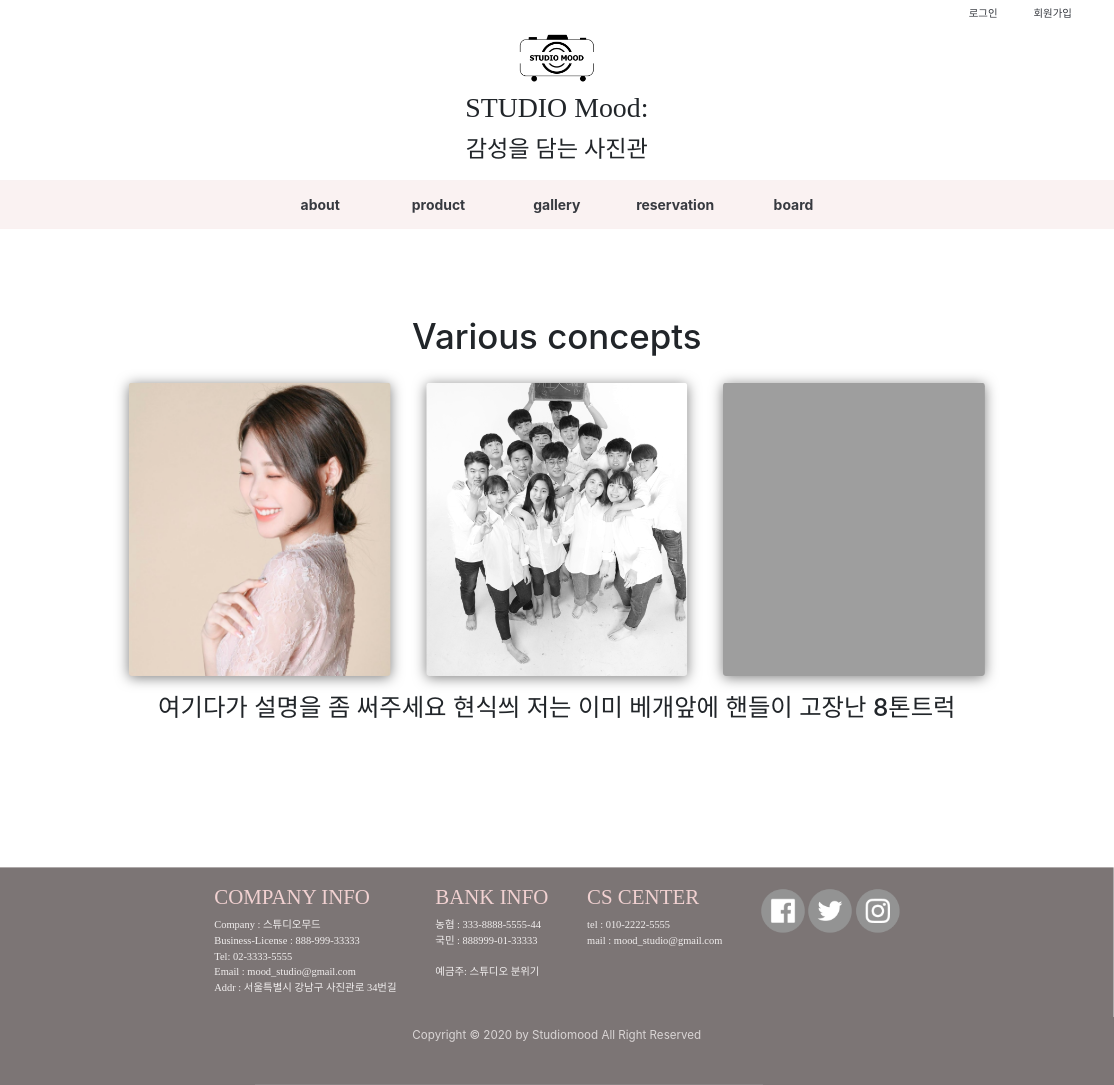
Repository: seugju/HSDsemi
Page: http://localhost/studioMood/views/product/product.jsp
An editor plug-in stored every save of this project. The page is shown before and after the next save, followed by the edit.
The browser window is 1280 px wide. The pictures show the whole page, at 87% of full size.
Pictures or frames that could not be fetched are drawn as grey boxes. Some web fonts or font styles are not loaded; a fallback is used. The page is served by Tomcat 9.

Above is the page before, as saved 2020-12-02 16:48:45.

After the next save:
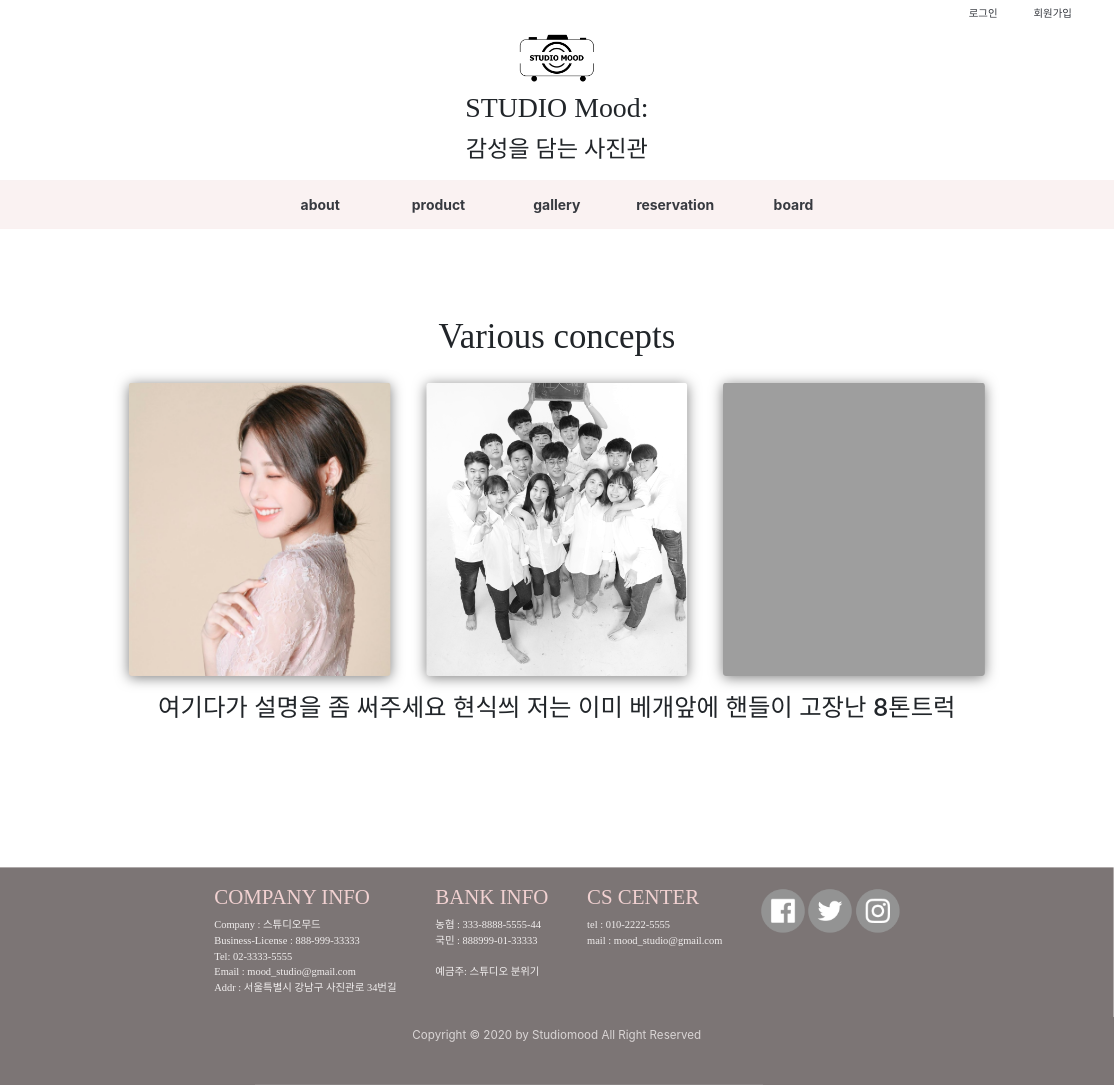
Saved 32 s later.
--- a/project-workspace/studioMood/WebContent/views/product/product.jsp
+++ b/project-workspace/studioMood/WebContent/views/product/product.jsp
@@ -16,6 +16,8 @@
 
 .text-center {
 	text-align: center;
+	font-family: 'Sansita Swashed', cursive;
+
 }
 
 .pricing-box-container {
